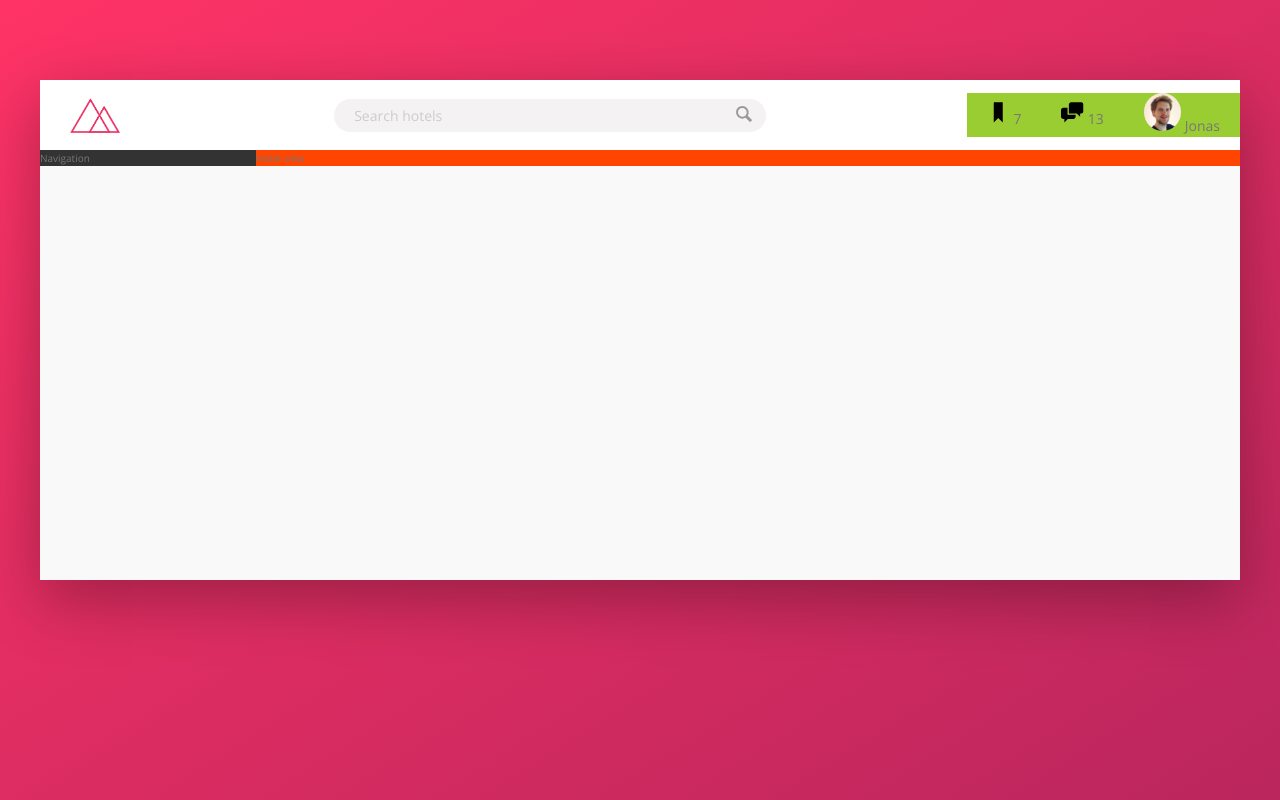
Repository: MalgorzataMazur/Trillo
Page: index.html
These files come from the project's save history. The page is drawn as it stood at one moment and after the next save; the edit follows.
The browser window is 1280 px wide. The pictures show the whole page.
The style sheet was rebuilt from its Sass, Less or Tailwind sources for each picture, by a compiler version that may differ from the author's.

Above is the page before, as saved 2020-03-26 15:50:14.

After the next save:
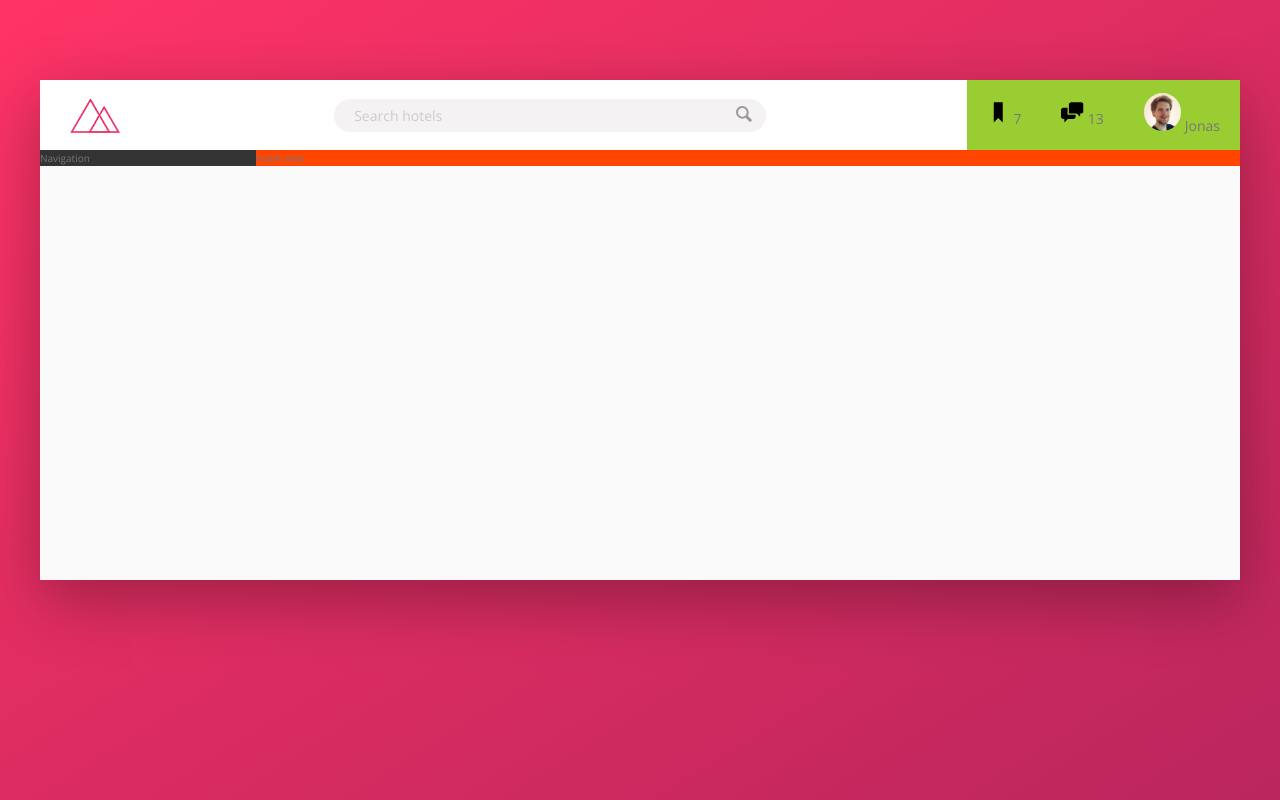
Saved 8 min 14 s later.
--- a/sass/_components.scss
+++ b/sass/_components.scss
@@ -67,6 +67,7 @@
 ////USER NAVIGATION
 .user-nav {
     background-color: yellowgreen;
+    align-self: stretch; //żeby one sie rozciagaly, is like align items but for one individual item; ovverite in header align item center
 
     display: flex; //flex item on the sam etime is flex container
     align-items: center;
